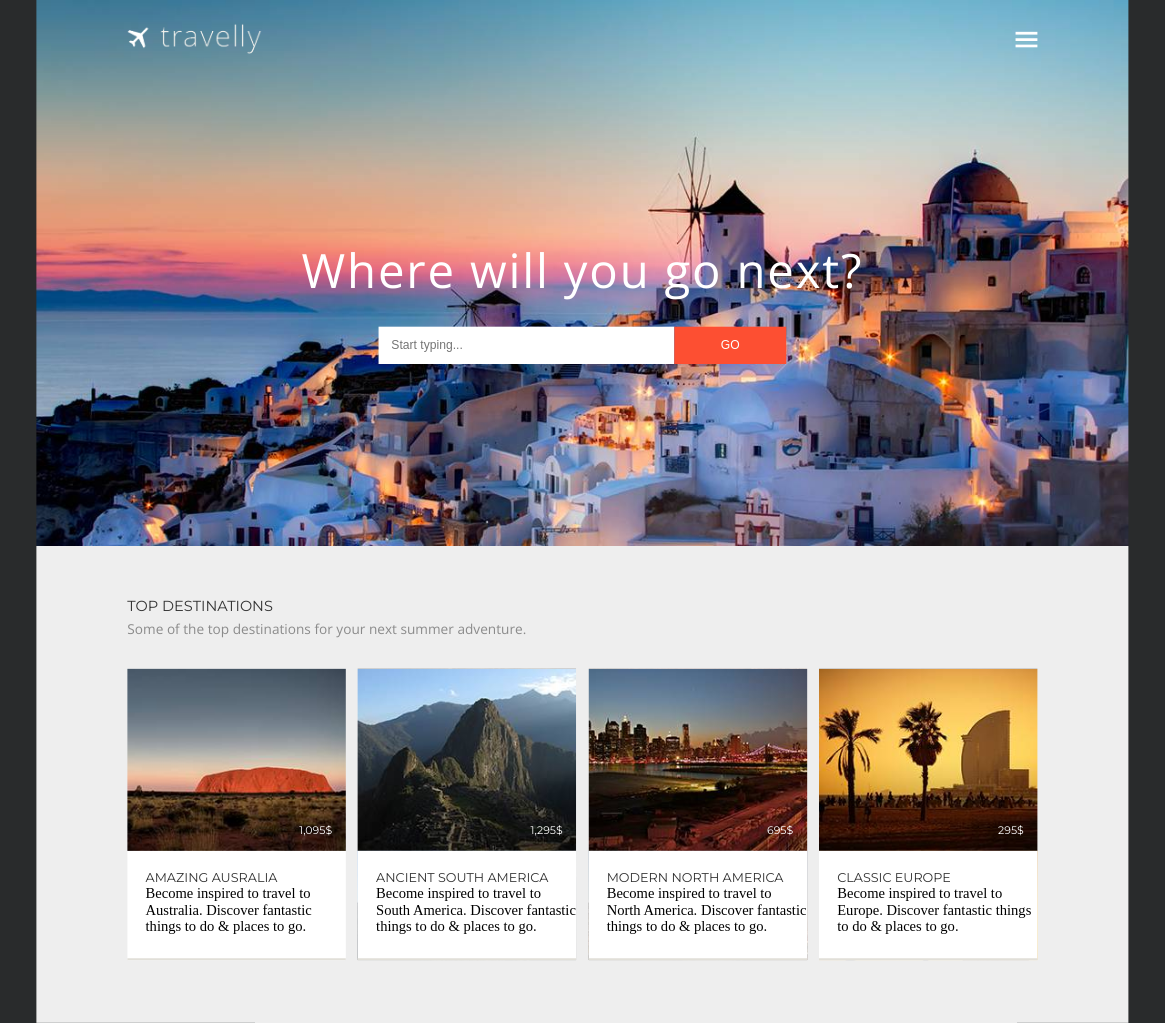
Repository: YusifHasanov/Web-Page-Template
Page: index.html
These files come from the project's save history. The page is drawn as it stood at one moment and after the next save; the edit follows.
The browser window is 1280 px wide. The pictures show the whole page, at 91% of full size.

Above is the page before, as saved 2021-12-05 21:41:22.

After the next save:
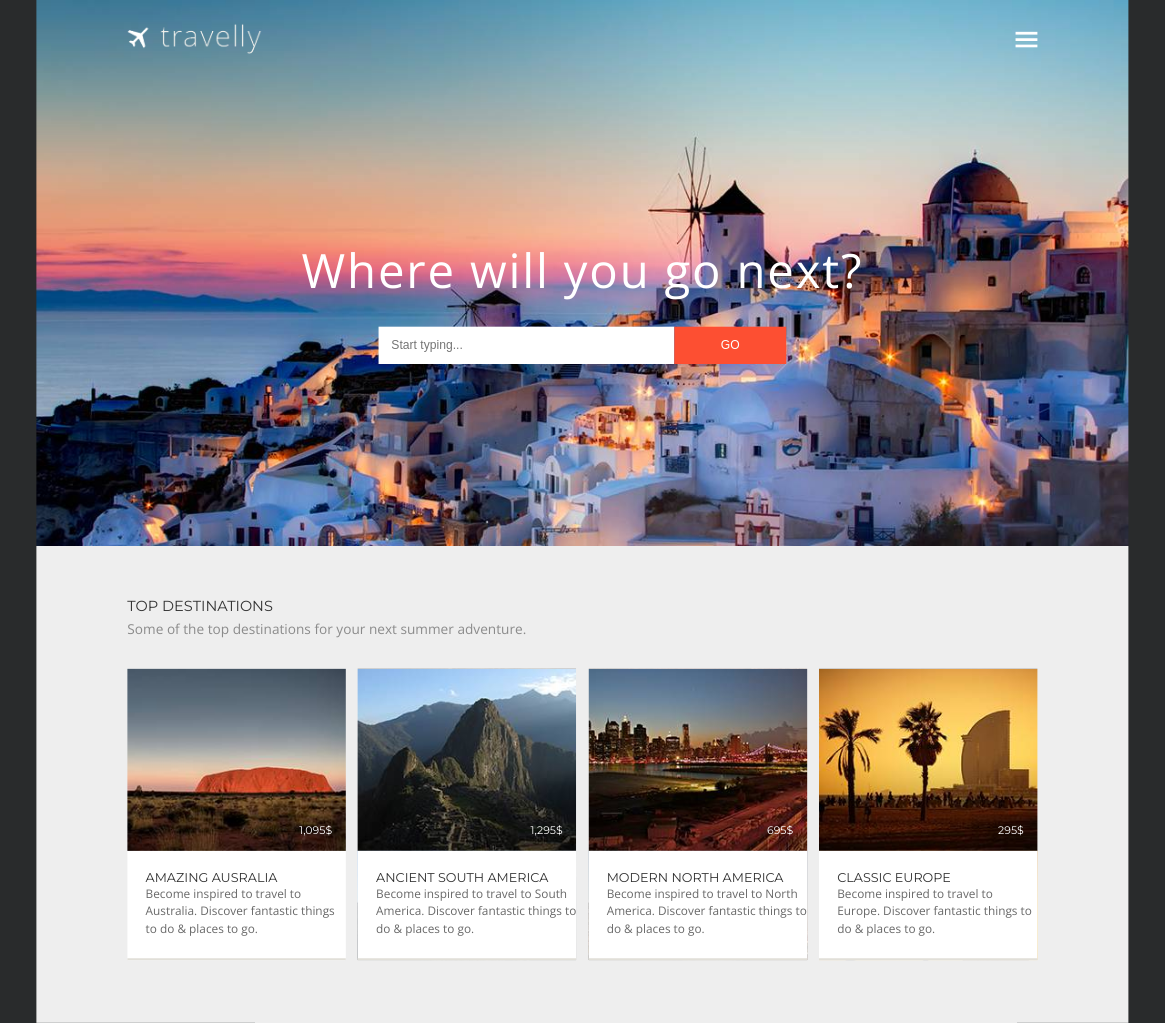
Saved 40 s later.
--- a/css/style.css
+++ b/css/style.css
@@ -162,3 +162,11 @@ button[type='submit'] {
   font-weight: 400;
   font-family: 'Montserrat', sans-serif;
 }
+
+.down > p {
+  font-size: 13px;
+line-height: 19px;
+color: #696969;
+font-weight: 400;
+font-family: "Open Sans";
+}
